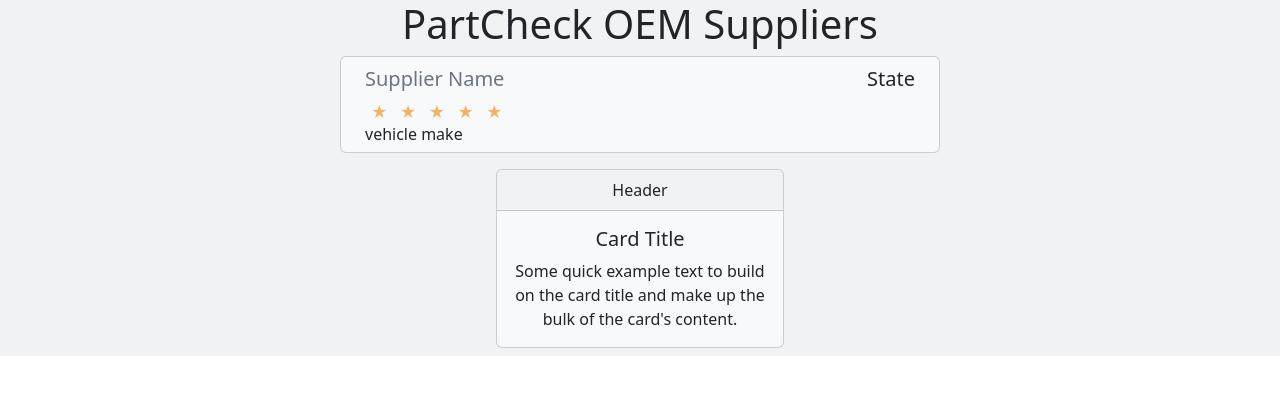
Repository: trungna4699/coding_challenge
Page: /
An editor plug-in stored every save of this project. The page is shown before and after the next save, followed by the edit.
The browser window is 1280 px wide. The pictures show the whole page.
The project was rebuilt for these pictures with package versions that can differ from the ones it lists, and the page was loaded fresh each time.

Above is the page before, as saved 2022-09-01 16:51:09.

### src/index.css
body {
  margin: 0;
  background-color: #F0F3F4;
  font-family: -apple-system, BlinkMacSystemFont, 'Segoe UI', 'Roboto', 'Oxygen',
    'Ubuntu', 'Cantarell', 'Fira Sans', 'Droid Sans', 'Helvetica Neue',
    sans-serif;
  -webkit-font-smoothing: antialiased;
  -moz-osx-font-smoothing: grayscale;
}

code {
  font-family: source-code-pro, Menlo, Monaco, Consolas, 'Courier New',
    monospace;
}

### src/App.js
import './App.css';
import 'bootstrap/dist/css/bootstrap.min.css';

import Card from 'react-bootstrap/Card';
import Col from 'react-bootstrap/Col';
import Row from 'react-bootstrap/Row';
import StarRating from './starRating';

function App() {
  return (
    <div className="App">
      <h1>PartCheck OEM Suppliers</h1>

      <div className='listContainer'>
        <Card
          bg={"light"}
          style={{ width: '600px' }}
          className="mb-3"
        >
          <div className="supplierItems">
            <div className='supplierInfo'>
              <h5 className='text-secondary ms-4'>Supplier Name</h5>
              <h5 className='me-4'>State</h5>
            </div>

            <div className="ms-4" id="ratingStar">
              <StarRating />
              {/* {[...Array(5)].map((star) => {
                return (
                  <span className="star">&#9733;</span>
                );
              })} */}
            </div>
            <div className="ms-4" id="vehicleList">
              <h6>vehicle make</h6>
            </div>
          </div>
        </Card>

        <Card
          bg={"light"}
          // key={variant}
          text={"dark"}
          style={{ width: '18rem' }}
          className="mb-2"
        >
          <Card.Header>Header</Card.Header>
          <Card.Body>
            <Card.Title>Card Title </Card.Title>
            <Card.Text>
              Some quick example text to build on the card title and make up the
              bulk of the card's content.
            </Card.Text>
          </Card.Body>
        </Card>

      </div>


    </div>
  );
}

export default App;

### src/App.css
.App {
  background-color: #F0F3F4;
  text-align: center;
}

/* Star */
button {
  background-color: transparent;
  border: none;
  outline: none;
  cursor: pointer;
}
.on {
  color: orange;
}
.off {
  color: #F4B267;
}
/*  */

.listContainer {
  display: flex;
  flex-direction: column;
  align-items: center;
}

.supplierInfo {
  display: flex;
  justify-content: space-between;
  margin-top: 10px;
}

#ratingStar {
  display: flex;
}

#vehicleList {
  display: flex;
}



/* Default Settings */
.App-logo {
  height: 40vmin;
  pointer-events: none;
}

@media (prefers-reduced-motion: no-preference) {
  .App-logo {
    animation: App-logo-spin infinite 20s linear;
  }
}

.App-header {
  background-color: #282c34;
  min-height: 100vh;
  display: flex;
  flex-direction: column;
  align-items: center;
  justify-content: center;
  font-size: calc(10px + 2vmin);
  color: white;
}

.App-link {
  color: #61dafb;
}

@keyframes App-logo-spin {
  from {
    transform: rotate(0deg);
  }
  to {
    transform: rotate(360deg);
  }
}

### src/starRating.js
import React, { useState } from "react";

const StarRating = () => {
  const [rating, setRating] = useState(0);
  const [hover, setHover] = useState(0);
  return (
    <div className="star-rating">
      {[...Array(5)].map((star, index) => {
        index += 1;
        return (
          <button
            type="button"
            key={index}
            className={index <= (hover || rating) ? "on" : "off"}
            onClick={() => setRating(index)}
            onMouseEnter={() => setHover(index)}
            onMouseLeave={() => setHover(rating)}
          >
            <span className="star">&#9733;</span>
          </button>
        );
      })}
    </div>
  );
};

export default StarRating;

Loaded but not shown: public/index.html (common file); src/index.js (common file); src/reportWebVitals.js (common file)

After the next save:
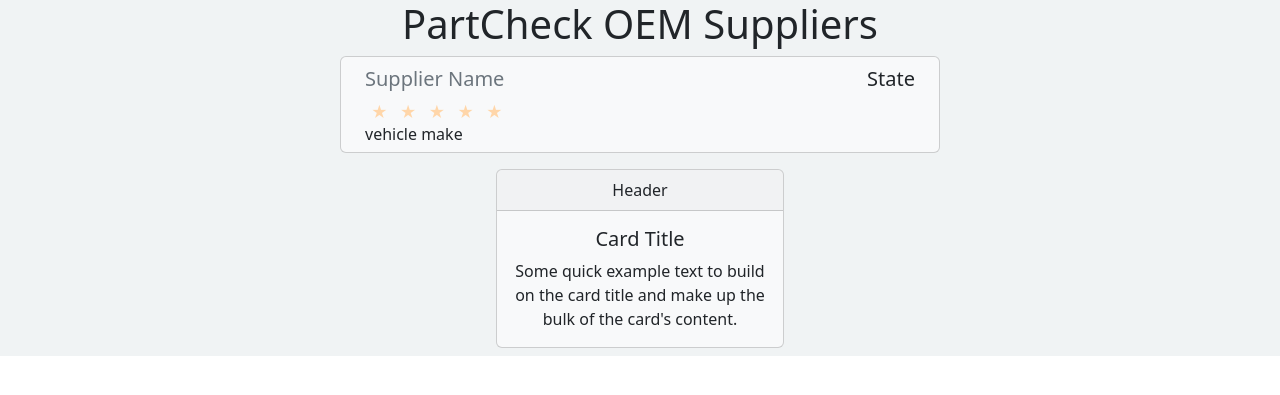
Saved 11 s later.
--- a/src/App.css
+++ b/src/App.css
@@ -14,7 +14,7 @@ button {
   color: orange;
 }
 .off {
-  color: #F4B267;
+  color: #FFD6A9;
 }
 /*  */
 
